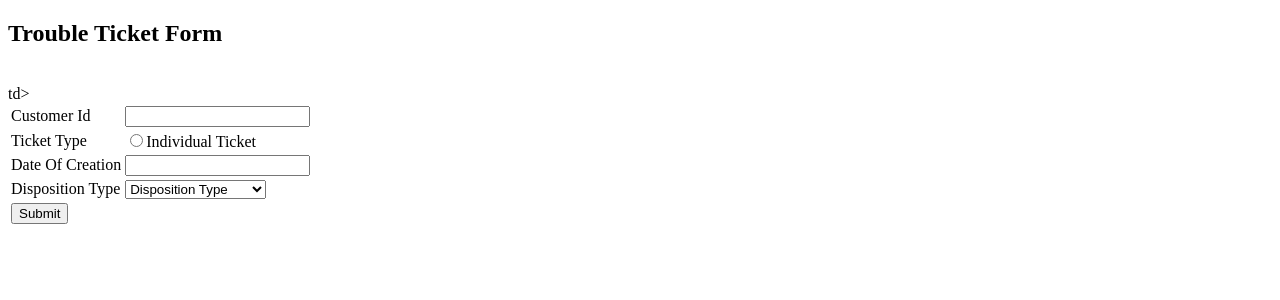
Repository: ApoorvaVeluri/JavaProject
Page: http://localhost/userinterface/Input.jsp
The author's editor kept a copy of each file at every save. The page is drawn from the files as they stood at one save, then again after the next save.
The browser window is 1280 px wide. The pictures show the whole page.
The page is served by Tomcat 9. Other server files are loaded and not shown.

Above is the page before, as saved 2015-08-20 11:01:13.

### html/userinterface/WebContent/Input.jsp
<%@ page language="java" contentType="text/html; charset=ISO-8859-1"
	pageEncoding="ISO-8859-1"%>
<!DOCTYPE html PUBLIC "-//W3C//DTD HTML 4.01 Transitional//EN" "http://www.w3.org/TR/html4/loose.dtd">
<html>
<head>
<meta http-equiv="Content-Type" content="text/html; charset=ISO-8859-1">
<title>Insert title here</title>
</head>
<body>
	<h2>Trouble Ticket Form</h2>
	<form method="POST" action="">
		<table>
			<div align="center">



			<tr>
				<td>Customer Id</td><br>
				<td><input type="text" name="customerid" /></td>
			</tr>
			</div>

			<tr>
				<td>Ticket Type</td>
				<td><input type="radio" name="index" value="ticket_type" />Individual
					Ticket</td>

			</tr>

			<tr>
				<td>Date Of Creation</td>
				<td><input type="text" name="Date" /></td>
			</tr>

			<tr>
			<td>Disposition Type</td>td>
				<td><select name="">
						<option value=""disabled selected>Disposition Type</option>
						<option value="Technician Dispatch">Technician Dispatch</option>
						<option value="Device Dispatch">Device Dispatch</option>
						<option value="Not Applicable">Not Applicable</option>
				</select></td>
			</tr>
			<tr>
				<td colspan="2"><input type="submit" value="Submit" /></td>
			</tr>
			</div>
		</table>
	</form>
</body>
</html>

After the next save:
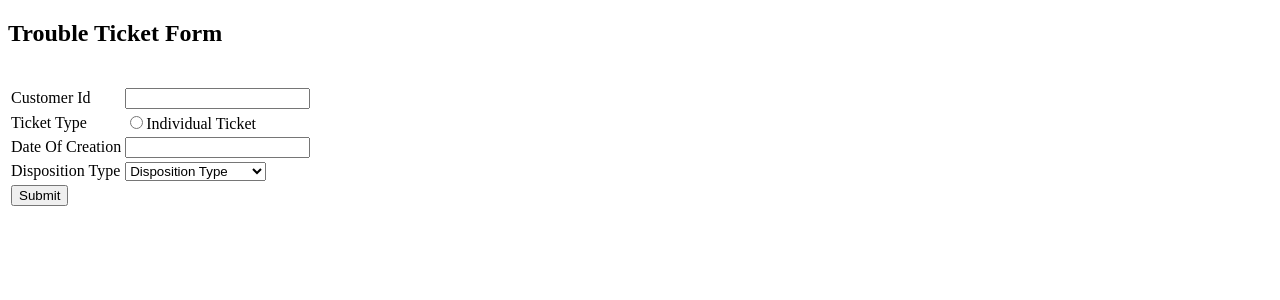
Saved 75 s later.
--- a/html/userinterface/WebContent/Input.jsp
+++ b/html/userinterface/WebContent/Input.jsp
@@ -33,8 +33,8 @@
 			</tr>
 
 			<tr>
-			<td>Disposition Type</td>td>
-				<td><select name="">
+			<td>Disposition Type</td>
+				<td><select >
 						<option value=""disabled selected>Disposition Type</option>
 						<option value="Technician Dispatch">Technician Dispatch</option>
 						<option value="Device Dispatch">Device Dispatch</option>
